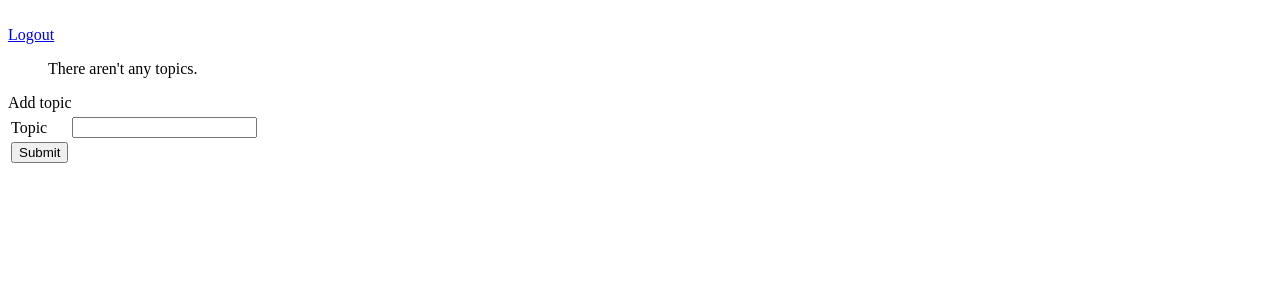
Repository: TeodorZlatev/Homework
Page: http://localhost/Web/topic.jsp
The author's editor kept a copy of each file at every save. The page is drawn from the files as they stood at one save, then again after the next save.
The browser window is 1280 px wide. The pictures show the whole page.
The page is served by Tomcat 9. Other server files are loaded and not shown. Queries for data that is not in the repository find no rows.

Above is the page before, as saved 2016-04-26 12:31:02.

### HomeworkWeb/Web/WebContent/topic.jsp
<%@page import="entities.DBManager"%>
<%@ page import="java.util.List"%>
<%@ page import="entities.Topic"%>
<%@ page import="javax.servlet.http.HttpSession"%>
<%@ page import="java.io.PrintWriter"%>
<%@ page language="java" contentType="text/html; charset=ISO-8859-1"
	pageEncoding="ISO-8859-1"%>
<!DOCTYPE html PUBLIC "-//W3C//DTD HTML 4.01 Transitional//EN" "http://www.w3.org/TR/html4/loose.dtd">
<html>
<head>
<meta http-equiv="Content-Type" content="text/html; charset=ISO-8859-1">
<title>FORUM</title>
</head>
<body>
	<br />
	<a href="Logout">Logout</a>
	<br />
	<ul style="list-style-type: square">
		<%
			List<Topic> list = DBManager.getAllTopicsByForumId("3");
			if (list.size() == 0) {
				out.println("There aren't any topics.");
			}
			for (int i = 0; i < list.size(); i++) {
		%>
		<li>
			<%
				out.println(list.get(i).getTitle());
				}
			%>
		</li>
	</ul>
	<form action="addTopic" method="post">
		<table>
			<tr>Add topic
			</tr>
			<tr>
				<td>Topic</td>
				<td><input type="text" name="title" /></td>
			</tr>

			<tr>
				<td><input type="submit" value="Submit" /></td>
			</tr>
		</table>
	</form>
</body>
</html>

### HomeworkWeb/Web/src/entities/DBManager.java
package entities;

import java.sql.Connection;
import java.sql.DriverManager;
import java.sql.PreparedStatement;
import java.sql.ResultSet;
import java.sql.SQLException;
import java.sql.Timestamp;
import java.util.LinkedList;
import java.util.List;

public class DBManager {
	private final static String DB_USERNAME = "root";
	private final static String DB_PASSWORD = "841952";
	private final static String DB_URI = "jdbc:mysql://localhost:3306/forums";
	private final static String DB_DRIVER = "com.mysql.jdbc.Driver";
	private static Connection connection = null;

	public static void open() throws SQLException, ClassNotFoundException {
		Class.forName(DB_DRIVER);
		if (connection != null) {
			close();
		}
		connection = DriverManager.getConnection(DB_URI, DB_USERNAME, DB_PASSWORD);
	}

	public static void close() throws SQLException {
		if (connection != null) {
			connection.close();
		}
		connection = null;
	}

	public static boolean validateUser(String username, String password) throws ClassNotFoundException, SQLException {
		boolean status = false;
		open();
		PreparedStatement ps = connection.prepareStatement("select * from users where username=? and password=?");
		ps.setString(1, username);
		ps.setString(2, password);
		ResultSet rs = ps.executeQuery();
		status = rs.next();
		rs.close();
		ps.close();
		close();
		return status;
	}

	public static int getUserId(String username, String password) throws SQLException, ClassNotFoundException {
		open();
		PreparedStatement ps = connection.prepareStatement("select id from users where username=? and password=?");
		ps.setString(1, username);
		ps.setString(2, password);
		ResultSet rs = ps.executeQuery();
		int userId = 0;
		if (rs.next()) {
			userId = rs.getInt("id");
		}
		rs.close();
		ps.close();
		close();
		return userId;
	}

	public static void insertUser(User user) throws ClassNotFoundException, SQLException {
		open();
		String insert = "INSERT INTO users (username, password, names, email, gender, age, date_registered, current_status, registered_status) VALUES (?,?,?,?,?,?,?,'online','new');";
		PreparedStatement ps = connection.prepareStatement(insert);
		ps.setString(1, user.getUserName());
		ps.setString(2, user.getPassword());
		ps.setString(3, user.getNames());
		ps.setString(4, user.getEmail());
		ps.setString(5, user.getGender());
		ps.setString(6, user.getAge());
		ps.setTimestamp(7, new Timestamp(System.currentTimeMillis()));
		ps.executeUpdate();
		close();
	}

	public static void insertForum(Forum forum) throws ClassNotFoundException, SQLException {
		open();
		String insert = "INSERT INTO forums (title,date_created) VALUES (?,?);";
		PreparedStatement ps = connection.prepareStatement(insert);
		ps.setString(1, forum.getTitle());
		ps.setTimestamp(2, new Timestamp(System.currentTimeMillis()));
		ps.executeUpdate();
		close();
	}

	public static List<Forum> getAllForums() throws ClassNotFoundException, SQLException {
		open();
		List<Forum> list = new LinkedList<>();
		String select = "SELECT * FROM forums";
		PreparedStatement ps = connection.prepareStatement(select);
		ResultSet rs = ps.executeQuery();
		while (rs.next()) {
			Forum forum = new Forum(rs.getInt(1), rs.getString(2), rs.getDate(3));
			list.add(forum);
		}
		close();
		return list;
	}

	public static void insertTopic(Topic topic, int forum_id, int user_id) throws ClassNotFoundException, SQLException {
		open();
		String insert = "INSERT INTO topics (title,date_created,forum_id,user_id) VALUES (?,NOW(),?,?);";
		PreparedStatement ps = connection.prepareStatement(insert);
		ps.setString(1, topic.getTitle());
		ps.setInt(2, forum_id);
		ps.setInt(3, user_id);
		ps.executeUpdate();
		close();
	}

	public static List<Topic> getAllTopicsByForumId(String forumId) throws ClassNotFoundException, SQLException {
		open();
		List<Topic> list = new LinkedList<>();
		String select = "SELECT * FROM topics where forum_id="+forumId;
		PreparedStatement ps = connection.prepareStatement(select);
		ResultSet rs = ps.executeQuery();
		while (rs.next()) {
			Topic topic = new Topic(rs.getInt("id"), rs.getString("title"), rs.getTimestamp("date_created"),
					rs.getTimestamp("date_modified"), rs.getInt("forum_id"), rs.getInt("user_id"));
			list.add(topic);
		}
		close();
		return list;
	}

	public static void insertReply(Reply reply, int topicId) throws ClassNotFoundException, SQLException {
		open();
		String insert = "INSERT INTO replies (message,date_created,topic_id,user_id) VALUES (?,NOW(),?,?);";
		PreparedStatement ps = connection.prepareStatement(insert);
		ps.setString(1, reply.getMessage());
		ps.setInt(2, topicId);
		ps.setInt(3, 2);
		ps.executeUpdate();
		close();
	}

	public static List<Reply> getAllRepliesByTopicId(String topicId) throws ClassNotFoundException, SQLException {
		open();
		List<Reply> list = new LinkedList<>();
		String select = "SELECT * FROM replies WHERE topic_id=" + topicId;
		PreparedStatement ps = connection.prepareStatement(select);
		ResultSet rs = ps.executeQuery();
		while (rs.next()) {
			Reply reply = new Reply(rs.getString("message"), rs.getTimestamp("date_created"), rs.getInt("topic_id"),
					rs.getInt("user_id"));
			list.add(reply);
		}
		close();
		return list;
	}


}

After the next save:
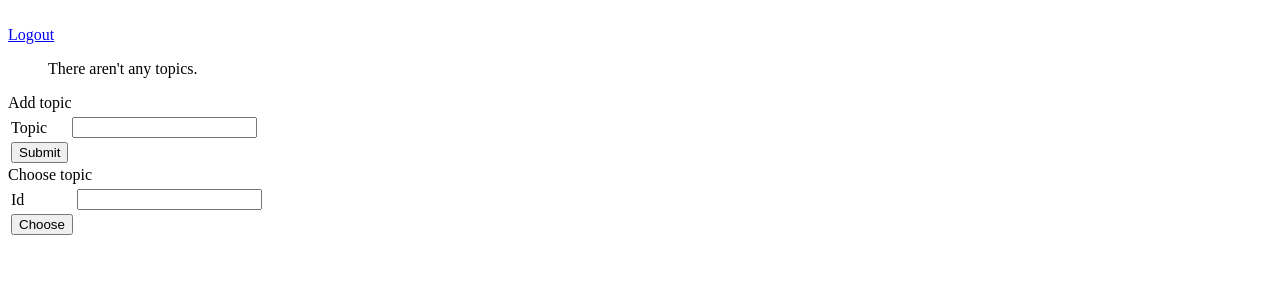
Saved 115 s later.
--- a/HomeworkWeb/Web/WebContent/topic.jsp
+++ b/HomeworkWeb/Web/WebContent/topic.jsp
@@ -25,7 +25,7 @@
 		%>
 		<li>
 			<%
-				out.println(list.get(i).getTitle());
+				out.println(list.get(i).getId()+ " " + list.get(i).getTitle());
 				}
 			%>
 		</li>
@@ -44,5 +44,19 @@
 			</tr>
 		</table>
 	</form>
+	<form action="reply.jsp" method="post">
+		<table>
+			<tr>Choose topic
+			</tr>
+			<tr>
+				<td>Id</td>
+				<td><input type="text" name="topicId" /></td>
+			</tr>
+
+			<tr>
+				<td><input type="submit" value="Choose" /></td>
+			</tr>
+		</table>
+	</form>
 </body>
 </html>
